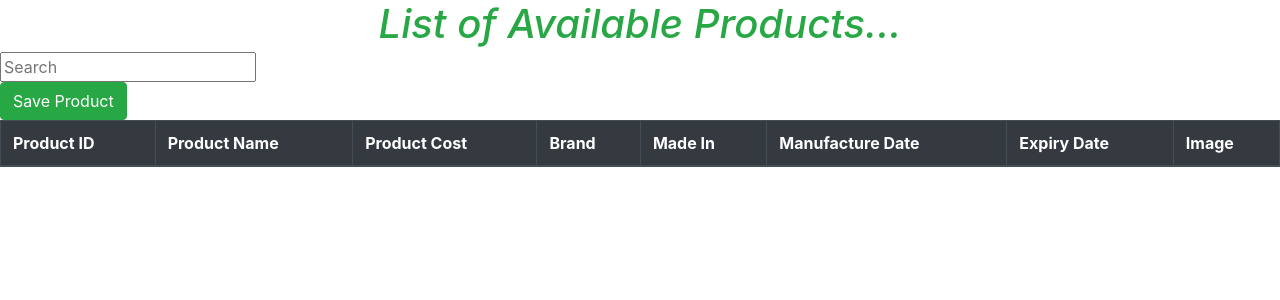
Repository: vineethGoudGithub/JavaApplications
Page: http://localhost/ProductManagementApp/productList.jsp
An editor plug-in stored every save of this project. The page is shown before and after the next save, followed by the edit.
The browser window is 1280 px wide. The pictures show the whole page.
The page is served by Tomcat 9. Other server files are loaded and not shown. Queries for data that is not in the repository find no rows.

Above is the page before, as saved 2024-03-06 05:56:14.

### ProductManagementApp/src/main/webapp/productList.jsp
<%@page import="com.sathya.productapp.ProductDao"%>
<%@page language="java" contentType="text/html"%>
<%@ page import="java.util.Base64" %>
<%@taglib uri="http://java.sun.com/jsp/jstl/core" prefix="c"%>

<html>
<head>
<title>Product List</title>
 <!-- BootStrap CDN link to Get the Support of BootStrap -->
     <link rel="stylesheet" href="https://stackpath.bootstrapcdn.com/bootstrap/4.3.1/css/bootstrap.min.css">
</head>
<body>


<h1 class="text-center font-italic mb-1 text-success">List of Available Products...</h1>

<div>
	<input type="text" placeholder="Search">
</div>


<div>
	<a class="btn btn-success" href="add-product.html">Save Product</a>
</div>


<table class="table table-bordered table-striped">

<thead class="thead-dark">
        <tr>
            <th>Product ID</th>
            <th>Product Name</th>
            <th>Product Cost</th>
            <th>Brand</th>
            <th>Made In</th>
            <th>Manufacture Date</th>
            <th>Expiry Date</th>
            <th>Image</th>
        </tr>
</thead>

<tbody>

    <c:forEach var="product" items="<%=new ProductDao().findAll()%>">
    	<tr>
             <td>${product.proId}</td>
             <td>${product.proName}</td>
             <td>${product.proPrice}</td>
             <td>${product.proBrand}</td>
             <td>${product.proMadeIn}</td>
             <td>${product.proMfgDate}</td>
             <td>${product.proExpDate}</td>
    	<td>
            <img src="data:[embedded picture, 78 characters]" alt="Product Image" style="max-width: 100px; max-height: 100px;">
        </td>
        </tr>
    </c:forEach>


</tbody>









</table>


</body>
</html>

### ProductManagementApp/src/main/java/com/sathya/productapp/ProductDao.java
package com.sathya.productapp;

import java.sql.Connection;
import java.sql.PreparedStatement;
import java.sql.ResultSet;
import java.sql.SQLException;
import java.sql.Statement;
import java.util.ArrayList;
import java.util.List;

public class ProductDao {

	public int save(Product product) {
		//Declare the resources
		Connection connection = null;
		PreparedStatement preparedStatement = null;
		int saveResult = 0;

		try
		{ connection = DatabaseUtils.createConnection();
		  preparedStatement = connection.prepareStatement
				  ("insert into product_data values(?,?,?,?,?,?,?,?)");
		  preparedStatement.setString(1, product.getProId());
		  preparedStatement.setString(2, product.getProName());

		  preparedStatement.setDouble(3, product.getProPrice());
		  preparedStatement.setString(4, product.getProBrand());
		  preparedStatement.setString(5, product.getProMadeIn());

		  preparedStatement.setDate(6, product.getProMfgDate());
		  preparedStatement.setDate(7, product.getProExpDate());

		  preparedStatement.setBytes(8, product.getProImage());
		  saveResult = preparedStatement.executeUpdate();
	      } catch (SQLException e) {
	          e.printStackTrace();
	      }
		  finally {
			  try {
				  if(preparedStatement!=null)
					  preparedStatement.close();
				  if(connection!=null)
					  connection.close();
			  }
			  catch(SQLException e)
			  {	e.printStackTrace();
			  }
		  }
		  return saveResult;
	}



	public List<Product> findAll() {
        List<Product> productList = new ArrayList<Product>();

        //try-with resources :: Resources released automatically
        try(Connection connection = DatabaseUtils.createConnection();
        	Statement statement = connection.createStatement();)
        {
        	//Read the data from d store into ResultSet
        	ResultSet resultSet = statement.executeQuery("select * from product_data");

            //Read the data from ResultSet set to Product object & store into List
            //The loop repeated how many records present in table.
            while (resultSet.next()) {
	         	  Product product = new Product();
	         	  product.setProId(resultSet.getString("proId"));
				  product.setProName(resultSet.getString("proName"));
				  product.setProPrice(resultSet.getDouble("proPrice"));
				  product.setProBrand(resultSet.getString("proBrand"));
				  product.setProMadeIn(resultSet.getString("proMadeIn"));
				  product.setProMfgDate(resultSet.getDate("proMfgdate"));
				  product.setProExpDate(resultSet.getDate("proExpDate"));

				  product.setProImage(resultSet.getBytes(8));



				  productList.add(product);
            }
        } catch (SQLException e) {
            e.printStackTrace();
        }
        return productList;
    }

















}

### ProductManagementApp/src/main/java/com/sathya/productapp/DatabaseUtils.java
package com.sathya.productapp;

import java.sql.Connection;
import java.sql.DriverManager;
import java.sql.SQLException;

public class DatabaseUtils {
	public static Connection createConnection()
	{	Connection connection = null;
		try {
			Class.forName("oracle.jdbc.driver.OracleDriver");
			connection = DriverManager.getConnection("jdbc:oracle:thin:@localhost:1521:xe","system","manager");
		}
		catch(ClassNotFoundException | SQLException e)
		{	e.printStackTrace();
		}
		return connection;
	}

}

After the next save:
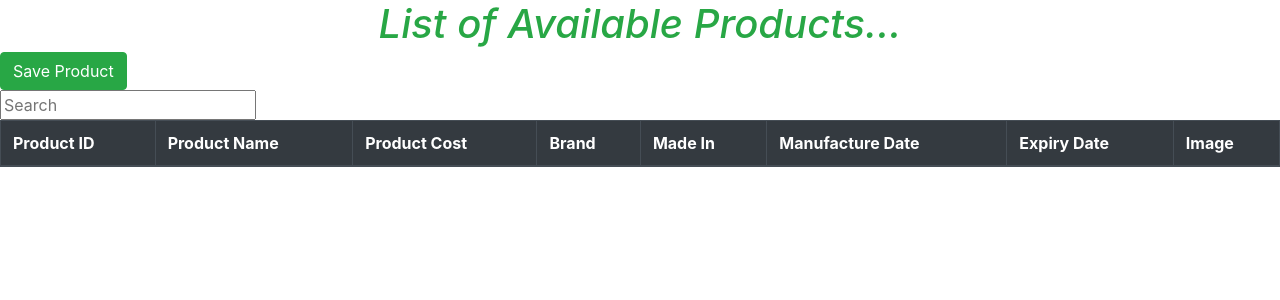
Saved 22 s later.
--- a/ProductManagementApp/src/main/webapp/productList.jsp
+++ b/ProductManagementApp/src/main/webapp/productList.jsp
@@ -15,13 +15,15 @@
 <h1 class="text-center font-italic mb-1 text-success">List of Available Products...</h1>
 
 <div>
+	<a class="btn btn-success" href="add-product.html">Save Product</a>
+</div>
+
+
+<div>
 	<input type="text" placeholder="Search">
 </div>
 
 
-<div>
-	<a class="btn btn-success" href="add-product.html">Save Product</a>
-</div>
 
 
 <table class="table table-bordered table-striped">
